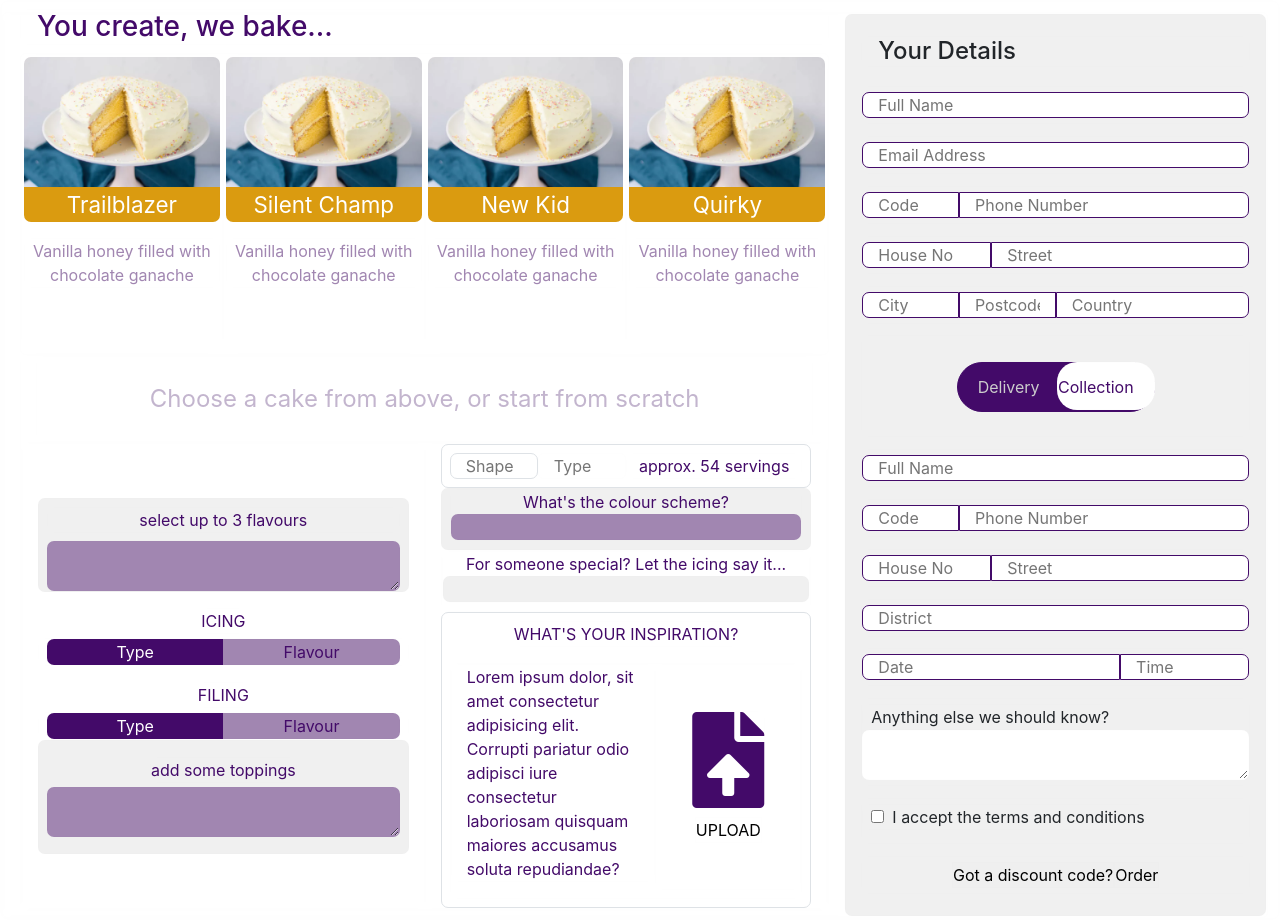
Repository: I-Alpha/BakeryOrderForm
Page: Order-Page.html
The author's editor kept a copy of each file at every save. The page is drawn from the files as they stood at one save, then again after a run of saves.
The browser window is 1280 px wide. The pictures show the whole page.

Above is the page before, as saved 2020-12-29 05:14:58.

### Order-Page.html
<!DOCTYPE html>
<html lang="en">

<head>
    <meta charset="UTF-8">
    <meta name="viewport" content="width=device-width, initial-scale=1.0">
    <link rel="stylesheet" href="https://use.fontawesome.com/releases/v5.7.0/css/all.css"
        integrity="sha384-lZN37f5QGtY3VHgisS14W3ExzMWZxybE1SJSEsQp9S+oqd12jhcu+A56Ebc1zFSJ" crossorigin="anonymous">
    <link href="https://stackpath.bootstrapcdn.com/bootstrap/4.5.2/css/bootstrap.min.css" rel="stylesheet">
    <script src="https://ajax.googleapis.com/ajax/libs/jquery/3.5.1/jquery.min.js"></script>
    <script src="https://stackpath.bootstrapcdn.com/bootstrap/4.5.2/js/bootstrap.bundle.min.js"></script>
    <title>Document</title>
    <style>
        :root {
            --primary-font: 1.6rem;
            --cake-font-size: 1.4rem;
            --secondary-font: 1rem;
            --primary-colour: #430a69ff;
            --secondary-colour: #a186b1ff;
            --text-faded: #c3b5ce;
            --background-faded: rgb(240, 240, 240);
        }

        * {
            border: 1px solid rgba(0, 0, 0, 0.002);
            border-radius: 7px;
            box-sizing: border-box;
            margin: 0;
            padding: 0;
        }

        html {
            font-size: 1rem;
        }

        html,
        body,
        .container-fluid {
            width: 100%;
            background-color: white;
        }

        body span.switcher {
            position: relative;
            width: 200px;
            height: 50px;
            border-radius: 25px;
            margin: 20px 0;
        }

        body span.switcher input {
            -webkit-appearance: none;
            -moz-appearance: none;
            appearance: none;
            position: relative;
            width: 200px;
            height: 50px;
            border-radius: 25px;
        }

        body span.switcher input:before,
        body span.switcher input:after {
            z-index: 2;
            position: absolute;
            top: 50%;
            transform: translateY(-50%);
            color: #FFFFFF;
        }

        body span.switcher input:before {
            content: "Delivery";
            left: 20px;
        }

        body span.switcher input:after {
            content: "Collection";
            right: 20px;
        }

        body span.switcher label {
            z-index: 1;
            position: absolute;
            top: 0px;
            bottom: 0px;
            border-radius: 20px;
        }

        body span.switcher.switcher-1 input {
            transition: 0.25s -0.1s;

        }

        body span.switcher.switcher-1 input:checked {

            background-color: var(--primary-colour);
        }

        body span.switcher.switcher-1 input:checked:before {
            color: var(--primary-colour);
            transition: color 0.5s 0.2s;
        }

        body span.switcher.switcher-1 input:checked:after {
            color: #CCCCCC;
            transition: color 0.5s;
        }

        body span.switcher.switcher-1 input:checked+label {
            left: 10px;
            right: 100px;
            background:  white;
            transition: left 0.5s, right 0.4s 0.2s;
        }

        body span.switcher.switcher-1 input:not(:checked) {
            background:  var(--primary-colour);
            transition: background 0.5s -0.1s;
        }

        body span.switcher.switcher-1 input:not(:checked):before {
            color: #CCCCCC;
            transition: color 0.5s;
        }

        body span.switcher.switcher-1 input:not(:checked):after {
            color:  var(--primary-colour);
            transition: color 0.5s 0.2s;
        }

        body span.switcher.switcher-1 input:not(:checked)+label {
            left: 100px;
            right: 0px;
            top:0;
            background-color:white;
            height:100%;
            transition: left 0.4s 0.2s, right 0.5s, background 0.35s -0.1s;
        }


        #sec2-label {
            color: var(--text-faded);
            font-size: 1.5rem;

        }

        .purple_font {
            color: #430a69ff;
        }

        .light_purple_font {
            color: #a186b1ff;
        }

        .light_purple_background {
            background-color: #a186b1ff;
        }


        .purple_background {
            background-color: #430a69ff;
        }

        .textfaded {
            color: var(--text-faded);
        }

        .background_faded {
            background-color: var(--background-faded);
        }

        .buttergold {
            background-color: #da9b0eff
        }

        .input-group {}

        .pull-up {
            top: -50%;
        }

        .split-row-1 {
            height: 100%;
        }

        .split-row-2 {
            height: 50%;
        }

        #main_col_1 * {}

        #main_col_1 {}

        #main_col_2 * {}

        #main_col_2 {
            background-color: rgb(240, 240, 240);
            height: auto;
            justify-content: center;
            padding: 5px 5px;
        }

        #main_col_2 div.input-group {
            padding-top: 5px;
            padding-bottom: 5px;
        }

        #main_col_2 input {
            border: 1px solid var(--primary-colour);
        }


        #main_col_1 .input-group,
        #main_col_2 .input-group {}

        .col-8,
        .col-4 {}

        #deliveryBtn.active {
            background-color: var(--primary-colour);
            color: var(--primary-colour);
        }

        #collectionBtn.active {
            background-color: var(--primary-colour);
            color: var(--primary-colour);
        }

        #collectionBtn,
        #deliveryBtn {
            border-radius: 30px;
            border: 1px solid var(--primary-colour);
            display: inline-block;

        }

        #collectionBtn {}

        #deliveryBtn {}


        #deliveryBtn {
            background-color: white;
        }

        #collectionBtn {
            background-color: white;
            border: 1px solid var(--primary-colour);
        }



        #cake-image-container p:nth-child(2) {
            background-color: #da9b10;
            color: white;
            border-top-left-radius: 0;
            border-top-right-radius: 0;
        }

        #cake-image-container {
            padding: 0;
            margin: 0;
        }

        div#cake-image-container p:nth-child(3) {
            color: var(--secondary-colour);
        }

        #cake-image-container>div {
            font-size: var(--secondary-font);
            border-radius: 15px 15px 15px 15px;
            min-height: 100px;
            min-width: 140px;
        }

        .left-curve {
            border-top-right-radius: 0;
            border-bottom-right-radius: 0;
        }

        .right-curve {
            border-top-left-radius: 0;
            border-bottom-left-radius: 0;
        }

        #cake-image-container div * {}

        #cake-image-container div img {
            border-bottom-left-radius: 0;
            border-bottom-right-radius: 0;
            min-height: 120px;
        }

        #cake-image-container p {
            display: flex;
            text-align: center;
            justify-content: center;
            align-items: center;
        }

        p {}

        div.h3 {
            text-align: center;
        }

        .input-group {
            display: flex;
        }

        .switch6 {
            max-width: 17em;
            margin: 0 auto;
        }

        .switch6-light>span,
        .switch-toggle>span {
            color: #000000;
        }

        .switch6-light span span,
        .switch6-light label,
        .switch-toggle span span,
        .switch-toggle label {
            color: #2b2b2b;
        }

        .switch-toggle a,
        .switch6-light span span {
            display: none;
        }

        .switch6-light {
            display: block;
            height: 30px;
            position: relative;
            overflow: visible;
            padding: 0px;
            margin-left: 0px;
        }

        .switch6-light * {
            box-sizing: border-box;
        }

        .switch6-light a {
            display: block;
            transition: all 0.3s ease-out 0s;
        }

        .switch6-light label,
        .switch6-light>span {
            line-height: 30px;
            vertical-align: middle;
        }

        .switch6-light label {
            font-weight: 700;
            margin-bottom: px;
            max-width: 100%;
        }

        .switch6-light input:focus~a,
        .switch6-light input:focus+label {
            outline: 1px dotted rgb(136, 136, 136);
        }

        .switch6-light input {
            position: absolute;
            opacity: 0;
            z-index: 5;
        }

        .switch6-light input:checked~a {
            right: 0%;
        }

        .switch6-light>span {
            position: absolute;
            left: -100px;
            width: 100%;
            margin: 0px;
            padding-right: 100px;
            text-align: left;
        }

        .switch6-light>span span {
            position: absolute;
            top: 0px;
            left: 0px;
            z-index: 5;
            display: block;
            width: 50%;
            margin-left: 100px;
            text-align: center;
        }

        .switch6-light>span span:last-child {
            left: 50%;
        }

        .switch6-light a {
            position: absolute;
            right: 50%;
            top: 0px;
            z-index: 4;
            display: block;
            width: 50%;
            height: 100%;
            padding: 0px;
        }

        /* Extra small devices (portrait phones, less than 576px)
         No media query since this is the default in Bootstrap */

        /* Small devices (landscape phones, 576px and up) */
        @media (min-width: 576px) {
            html {}

            #main_col_1 {
                justify-content: space-around;
                align-items: space-around;
                padding: 15px;
            }

            #main_col_2 {
                padding: 15px;
                max-width: 89%;
            }

            div.h3 {
                width: 100%;
                text-align: start;
            }


            #cake-image-container>div {
                width: 150px;
                font-size: var(--secondary-font);
                border-radius: 15px 15px 15px 15px;
                min-height: 300px;
                padding: 20px 15px 10px 15px;

            }
        }

        /* Medium devices (tablets, 768px and up) */
        @media (min-width: 768px) {

            #main_col_1 {
                min-height: 100vh;
                justify-content: center;
                align-items: center;
            }

            html {}

            body {
                align-items: center;
                justify-content: center;
                padding: 10px 10px 0 0px;
            }

            #cake-image-container p:nth-child(2) {
                background-color: #da9b10;
                font-size: var(--cake-font-size);
                color: white;
                border-top-left-radius: 0;
                border-top-right-radius: 0;
            }

            div.h3 {
                text-align: none;
                margin-top: -10px;
                padding-top: 0px;
            }
        }

        /* Large devices (desktops, 992px and up) */
        @media (min-width: 992px) {
            #cake-image-container>div {
                min-width: 140px;
                padding: 2px;
            }

            #collectionBtn,
            #deliveryBtn {
                border-radius: 30px;
                border: 1px solid var(--primary-colour);
                display: inline-block;
                height: 2rem;
                padding-top: 0;
                line-height: 1rem;
                padding-bottom: 3px;
            }

            #main_col_2 {
                height: 100%;
                align-items: space-around;
                justify-content: space-around;
            }
        }



        /* Extra large devices (large desktops, 1200px and up) */
        @media (min-width: 1200px) {}
    </style>
</head>

<body>
    <div class="container-fluid d-flex">
        <div class="row justify-content-center align-items-start">
            <div id="main_col_1"
                class=" d-flex flex-column col-12 col-sm-12 col-md-12 col-lg-8 purple_font py-1 justify-content-center align-items-center ">
                <div class="h3 w-100 px-3">You create, we bake...</div>
                <div id="cake-image-container"
                    class="row d-flex justify-content-between text-center container-fluid px-0">
                    <div class="d-flex flex-column col-6 col-sm-6 col-md-3 col-lg-3 ">
                        <img src="Assets\baked-yellow-cake.jpg" class="img-fluid" alt="Responsive image">
                        <p>Trailblazer</p>
                        <p>Vanilla honey filled with chocolate ganache</p>
                    </div>
                    <div class="d-flex flex-column col-6 col-sm-6 col-md-3 col-lg-3">
                        <img src="Assets\baked-yellow-cake.jpg" class="img-fluid" alt="Responsive image">
                        <p class="">Silent Champ</p>
                        <p>Vanilla honey filled with chocolate ganache</p>
                    </div>
                    <div class="d-flex flex-column col-6 col-sm-6 col-md-3 col-lg-3">
                        <img src="Assets\baked-yellow-cake.jpg" class="img-fluid" alt="Responsive image">
                        <p>New Kid</p>
                        <p>Vanilla honey filled with chocolate ganache</p>
                    </div>
                    <div class="d-flex flex-column col-6 col-sm-6 col-md-3 col-lg-3">
                        <img src="Assets\baked-yellow-cake.jpg" class="img-fluid" alt="Responsive image">
                        <p>Quirky</p>
                        <p>Vanilla honey filled with chocolate ganache</p>
                    </div>
                </div>
                <div class="col-12 col-sm-12 col-md-12 flex flex-column justify-content-center align-items-center"
                    style="justify-content:center;">
                    <div id="sec2-label" class="py-4 text-center">Choose a cake from above, or start from scratch</div>
                    <div class="row">
                        <div
                            class="col-12 col-sm-12 col-md-6 justify-content-center d-flex flex-column align-items-center">
                            <div class="row d-flex flex-column input-group background_faded px-2 ">
                                <p class="mb-2 mt-2 text-center">select up to 3 flavours</p>
                                <textarea class="w-100 light_purple_background"></textarea>
                            </div>
                            <p class="mb-1 mt-3">ICING</p>
                            <div class="row input-group px-2" style="justify-content:center;">
                                <input class="input col-6 w-100 purple_background text-center left-curve"
                                    style="color:white;" value="Type"><input
                                    class="input col-6 w-100 light_purple_background text-center right-curve"
                                    style="color:var(--primary-colour);" value="Flavour">
                            </div>
                            <p class="mb-1 mt-3">FILING</p>
                            <div class="row input-group px-2" style="justify-content:center;">
                                <input class="input col-6 w-100 purple_background text-center left-curve"
                                    style="color:white;" value="Type"><input
                                    class="input col-6 w-100 light_purple_background text-center right-curve"
                                    style="color:var(--primary-colour);" value="Flavour">
                            </div>
                            <div
                                class="row d-flex flex-column input-group background_faded align-items-center pb-3 px-2">
                                <p class="mb-1 mt-3">add some toppings</p>
                                <textarea class="w-100 light_purple_background"></textarea>
                            </div>
                        </div>
                        <div class="col d-flex flex-column justify-content-between align-items-around">
                            <div class="row-lg-1 input-group d-flex align-items-start justify-content-center border my-0 w-100 pt-2 px-2"
                                style="height:auto">
                                <input class="input w-100 border col-3" placeholder="Shape">
                                <input class="input w-100 col-3 " placeholder="Type">
                                <label
                                    class="col-6 p-0 text-center d-flex w-100 justify-content-center align-items-center">approx.
                                    54 servings</label>
                            </div>
                            <div class="input-group justify-content-center row-lg-3 background_faded px-2">
                                <label class="text-center w-100"> What's the colour scheme?
                                    <input class="input w-100 light_purple_background">
                                </label>
                            </div>
                            <div class="input-group w-100 justify-content-center align-items-around row-lg-3">
                                <label class="text-center w-100 ">For someone special? Let the icing say it...
                                    <input class="input w-100 background_faded">
                                </label>
                            </div>
                            <div class="input-group row-lg-5 d-flex flex-column align-items-center border py-2 px-2">
                                <p class="row-lg-1 ">WHAT'S YOUR INSPIRATION?</p>
                                <div class="row-lg-11 input-group d-flex">
                                    <p class="col-7">Lorem ipsum dolor, sit amet consectetur adipisicing elit.
                                        Corrupti pariatur odio adipisci iure consectetur laboriosam quisquam maiores
                                        accusamus soluta repudiandae?</p>
                                    <label class="col-5 d-flex justify-content-center flex-column align-items-center">
                                        <i class="row fas fa-file-upload" style="font-size: 6rem;"></i>
                                        <button style="background:white" class="row mt-2">UPLOAD</button>
                                    </label>
                                </div>
                            </div>
                        </div>
                    </div>
                </div>
            </div>
            <div id="main_col_2"
                class="col-12 col-sm-12 col-md-12 col-lg-4 d-flex flex-column align-items-center justify-content-around">
                <div class="h4 w-100 px-3">Your Details</div>
                <div class="input-group">
                    <input class="col " placeholder="Full Name">
                </div>
                <div class="input-group">
                    <input class="col" placeholder="Email Address">
                </div>
                <div class="input-group">
                    <input class="col-3 left-curve" placeholder="Code"><input class="col-9 right-curve"
                        placeholder="Phone Number">
                </div>
                <div class="input-group">
                    <input class="col-4 left-curve" placeholder="House No"><input class="col-8 right-curve"
                        placeholder="Street">
                </div>
                <div class="input-group">
                    <input class="col-3 left-curve" placeholder="City">
                    <input class="col-3" style="border-radius: 0%;" placeholder="Postcode">
                    <input class="col-6 right-curve" placeholder="Country">
                </div>
                <div class="input-group d-flex w-100 h-10 justify-content-center ">
                    <span class="switcher switcher-1 d-flex">
                        <input type="checkbox" id="switcher-1" class="justify-content-center align-items-center">
                        <label for="switcher-1" class="" ></label>
                    </span>
                </div>
                <div class="input-group">
                    <input class="col" placeholder="Full Name">
                </div>
                <div class="input-group">
                    <input class="col-3 left-curve" placeholder="Code"><input class="col-9 right-curve"
                        placeholder="Phone Number">
                </div>
                <div class="input-group">
                    <input class="col-4 left-curve" placeholder="House No"><input class="col-8 right-curve"
                        placeholder="Street">
                </div>
                <div class="input-group">
                    <input class="col" placeholder="District">
                </div>
                <div class="input-group">
                    <input class="col-8 left-curve" placeholder="Date"><input class="col-4 right-curve"
                        placeholder="Time">
                </div>
                <div class="input-group">
                    <p class=" mb-0 pl-2">Anything else we should know?</p>
                    <textarea class="input-fluid   w-100 "></textarea>
                </div>
                <div class="input-group">
                    <label for="tc_Check">
                        <input id="tc_Check" type="checkbox" class="input mx-2">I accept the terms and conditions
                    </label>
                </div>
                <div class="row input-group justify-content-center ">
                    <button>Got a discount code?</button>
                    <button>Order</button>
                </div>
            </div>
        </div>
    </div>
    <script>
        $('.btn-toggle').click(function () {

            $(this).find('.btn').toggleClass('active');

            if ($(this).find('.btn-primary').size() > 0) {
                $(this).find('.btn').toggleClass('btn-primary');
            }
            if ($(this).find('.btn-default').size() > 0) {
                $(this).find('.btn').toggleClass('btn-default');
            }
            if ($(this).find('.btn-success').size() > 0) {
                $(this).find('.btn').toggleClass('btn-success');
            }
            if ($(this).find('.btn-info').size() > 0) {
                $(this).find('.btn').toggleClass('btn-info');
            }
            $(this).find('.btn').toggleClass('btn-default');

        });
    </script>
</body>

</html>

After the next 4 saves:
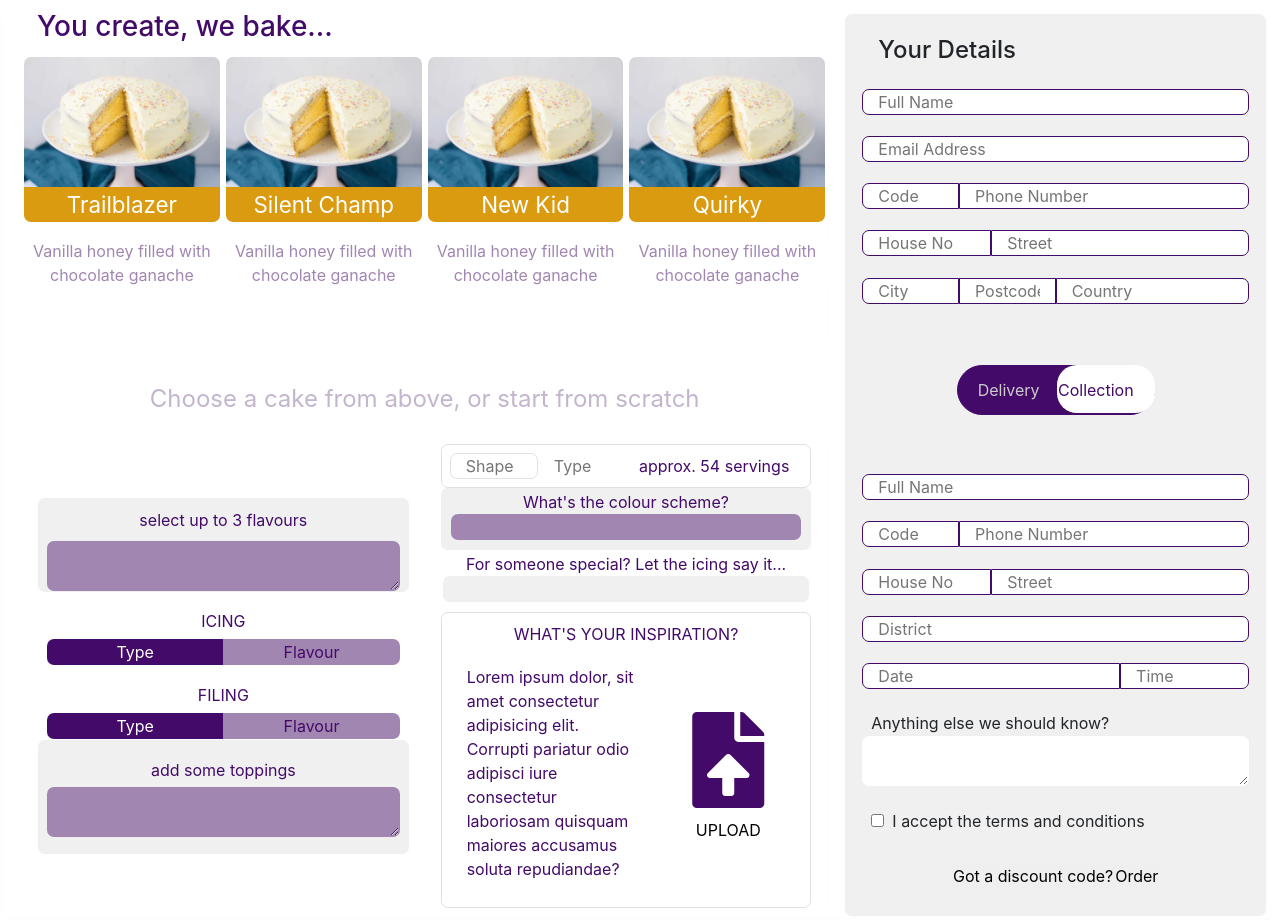
The 4 saves are shown as one change because they came seconds apart.
The last was saved 17 s later.
--- a/Order-Page.html
+++ b/Order-Page.html
@@ -623,7 +623,7 @@
                     <input class="col-3" style="border-radius: 0%;" placeholder="Postcode">
                     <input class="col-6 right-curve" placeholder="Country">
                 </div>
-                <div class="input-group d-flex w-100 h-10 justify-content-center ">
+                <div class="input-group d-flex w-100 h-10 justify-content-center py-4">
                     <span class="switcher switcher-1 d-flex">
                         <input type="checkbox" id="switcher-1" class="justify-content-center align-items-center">
                         <label for="switcher-1" class="" ></label>
